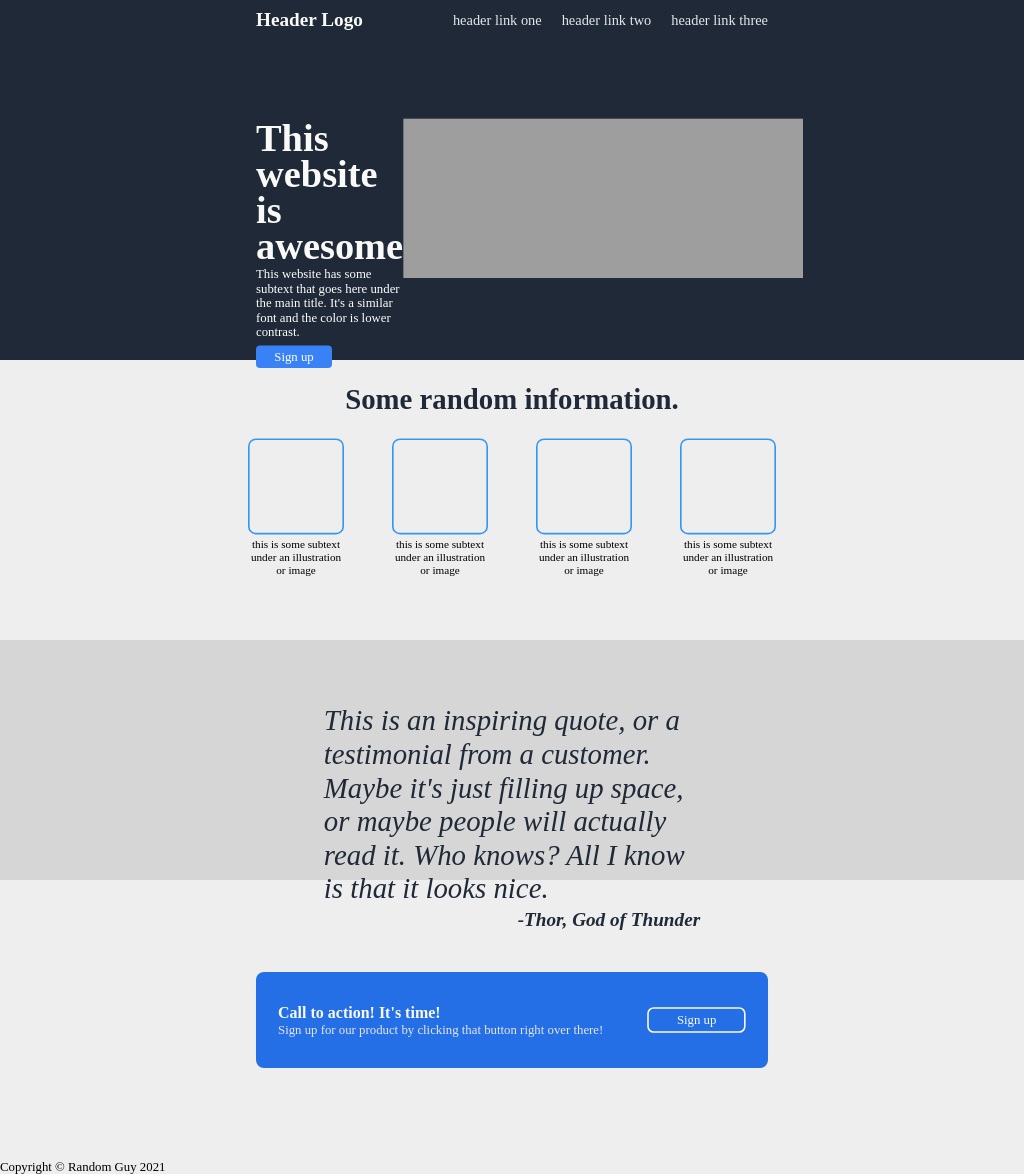
Repository: Pafestivo/Dummy-Landing-Page
Page: index.html
The author's editor kept a copy of each file at every save. The page is drawn from the files as they stood at one save, then again after the next save.
The browser window is 1280 px wide. The pictures show the whole page, at 80% of full size.
Pictures or frames that could not be fetched are drawn as grey boxes.

Above is the page before, as saved 2022-09-26 19:50:02.

### index.html
<!DOCTYPE html>
<html lang="en">
<head>
    <meta charset="UTF-8">
    <meta name="viewport" content="width=device-width, initial-scale=1.0">
    <link rel="stylesheet" href="styles.css">
    <title>Landing Page</title>
</head>
<body>
    <header>
        <div class="container">
            <h1>Header Logo</h1>
            <nav>
                <a href="#">header link one</a>
                <a href="#">header link two</a>
                <a href="#">header link three</a>
            </nav>
        </div> <!-- /container-->
    </header>
    <main>
        <section class="first">
            <div class="container">

                <div class="right">
                    <h1>This website is awesome</h1>
                    <p>This website has some subtext that goes here under the main title. It's a similar font and the color is lower contrast.</p>
                    <a href="#">Sign up</a>
                </div> <!-- /right -->

                <div class="left">
                    <img src="images/office.jpg" alt="Office desk photo" />
                </div> <!-- /left -->

            </div> <!-- /container-->
        </section> <!-- /first -->

        <section class="second">
            <div class="container">

                <h1>Some random information.</h1>
                <div class="boxes">
                    <div class="info">
                        <div class="box"></div>
                        <div class="box-info">
                            <p>this is some subtext under an illustration or image</p>
                        </div> <!-- /box-info -->
                    </div> <!-- /info -->

                    <div class="info">
                        <div class="box"></div>
                        <div class="box-info">
                            <p>this is some subtext under an illustration or image</p>
                        </div> <!-- /box-info -->
                    </div> <!-- /info -->

                    <div class="info">
                        <div class="box"></div>
                        <div class="box-info">
                            <p>this is some subtext under an illustration or image</p>
                        </div> <!-- /box-info -->
                    </div> <!-- /info -->

                    <div class="info">
                        <div class="box"></div>
                        <div class="box-info">
                            <p>this is some subtext under an illustration or image</p>
                        </div> <!-- /box-info -->
                    </div> <!-- /info -->

                </div> <!-- /boxes-->
            </div> <!-- /container-->
        </section> <!-- /second -->

        <section class="third">
            <div class="container">
                <p>This is an inspiring quote, or a testimonial from a customer. Maybe it's just filling up space, or maybe people will actually read it. Who knows? All I know is that it looks nice.</p>
                <p class="quote-owner">-Thor, God of Thunder</p>
            </div> <!-- /container-->
        </section> <!-- /third -->

        <section class="fourth">
            <div class="container">
                <div class="coa">
                    <div class="side">
                        <h1>Call to action! It's time!</h1>
                        <p>Sign up for our product by clicking that button right over there!</p>
                    </div> <!-- /right -->
                    <a href="#">Sign up</a>
                </div>
            </div> <!-- /container-->
        </section> <!-- /fourth -->

        <footer>
            <p>Copyright &copy Random Guy 2021</p>
        </footer>
    </main>
</body>
</html>

### styles.css
* {
  padding: 0;
  margin: 0;
  box-sizing: border-box;
}

body {
  font-family: serif;
  background-color: #eee;
}

.container {
  width: 50vw;
  margin: 0 auto;
}

a {
  text-decoration: none;
  color: inherit;
}

/* header bar */
header {
  display: flex;
  align-items: center;
  background-color: #1F2937;
  color: #fff;
  height: 50px;
}

header h1 {
  font-size: 24px;
  color: #F9FAF8;
}

header .container {
  display: flex;
  justify-content: space-between;
}

header nav {
  display: flex;
  align-items: center;
  gap: 25px;
}

header a {
  font-size: 18px;
  color: #E5E7EB;
}
/* End header bar  */

/* First section  */
.first {
  background-color: #1F2937;
  height: 400px;
  color: #fff;
}

.first .container {
  display: flex;
  align-items: center;
  justify-content: space-between;
  height: 100%;
}

.right {
  display: flex;
  flex-direction: column;
  gap: 4px;
  height: 200px;
  width: 40%;
}

.right h1 {
  font-size: 48px;
  font-weight: extra-bold;
  color: #F9FAF8;
  line-height: 45px;
}

right p {
  font-size: 18px;
  color: #E5E7EB;
}

.first img {
  width: 500px;
  height: 200px;
}

.first a {
  background-color: #3882F6;
  width: 95px;
  padding: 5px;
  border-radius: 5px;
  margin-top: 4px;
  text-align: center;

}
/* End first section  */

/* Second section */
.second {
  height: 350px;
}

.second h1 {
  text-align: center;
  font-size: 36px;
  font-weight: extra-bold;
  color: #1F2937;
  padding: 28px 0 28px 0;
}

.boxes {
  display: flex;
  justify-content: center;
  gap: 60px;
}

.box {
  width: 120px;
  height: 120px;
  border: 2px solid hsl(207, 82%, 56%);
  border-radius: 10px;
}

.box-info {
  margin-top: 5px;
  width: 120px;
  font-size: 14px;
  text-align: center;
}
/* End second section  */

/* Third section  */
.third {
  background-color: #d6d6d6;
  height: 300px;
  padding: 80px;
}

.third .container {
  display: flex;
  width: 42%;
  flex-direction: column;
}

.third p {
  font-size: 36px;
  font-style: italic;
  color: #1F2937;
}

.third .quote-owner {
  font-size: 24px;
  align-self: flex-end;
  font-style: none;
  font-weight: bold;
  margin-top: 5px;
}
/* End third section  */

/* Fourth section */
.fourth {
  height: 350px;
  display: flex;
  align-items: center;
}

.coa {
  display: flex;
  justify-content: space-around;
  align-items: center;
  width: 100%;
  height: 120px;
  border-radius: 10px;
  background-color: #256fe6;
}

.coa h1 {
  font-size: 20px;
  color: #F9FAF8;
}

.coa p {
  color: #E5E7EB;
}

.coa a {
  padding: 5px 35px;
  color: #F9FAF8;
  border: 2px solid #F9FAF8;
  border-radius: 8px;
}
/* End fourth section */

After the next save:
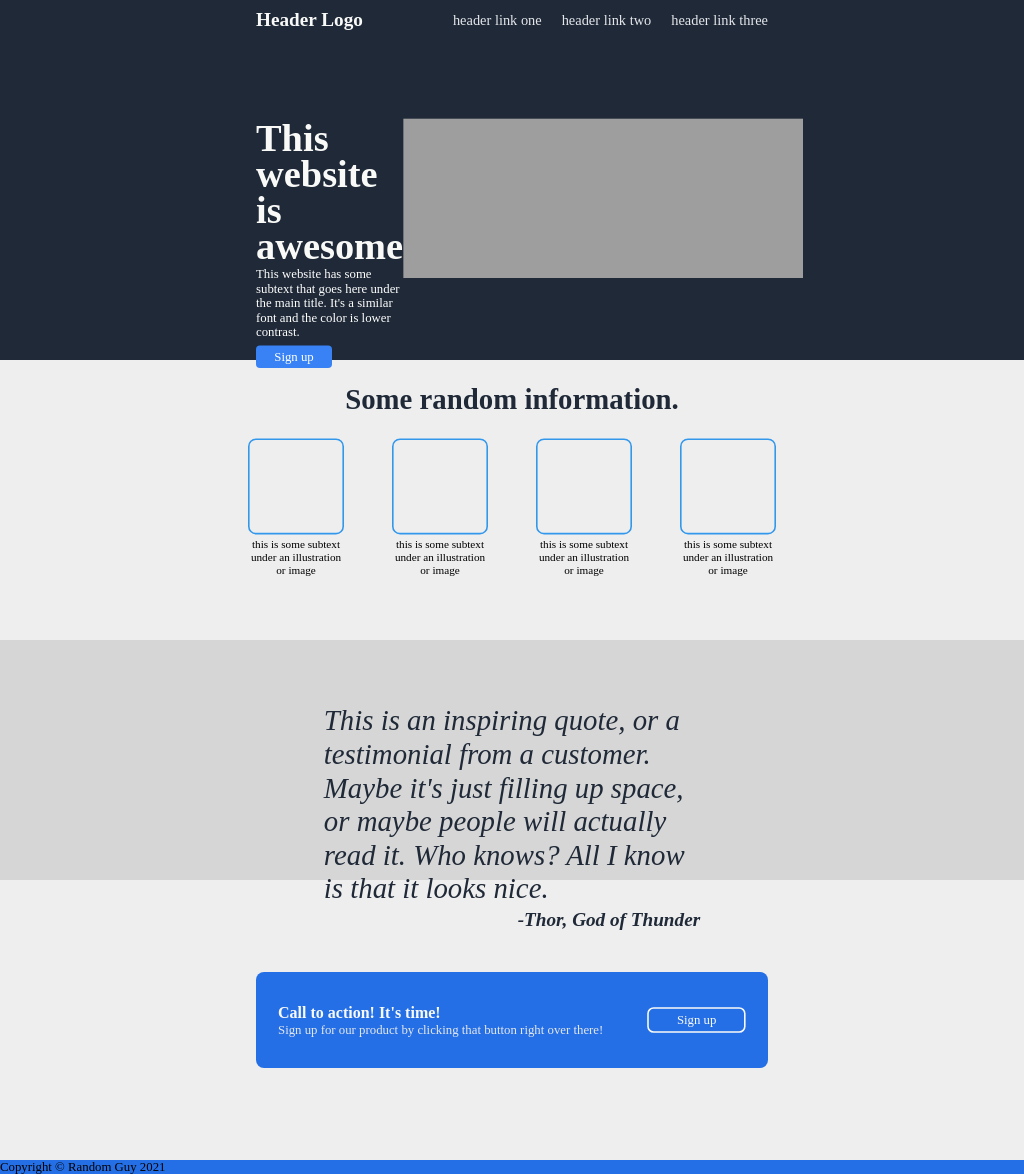
Saved 32 s later.
--- a/styles.css
+++ b/styles.css
@@ -195,3 +195,9 @@ right p {
   border-radius: 8px;
 }
 /* End fourth section */
+
+/* Footer */
+footer {
+  background-color: #256fe6;
+}
+/* End footer */
